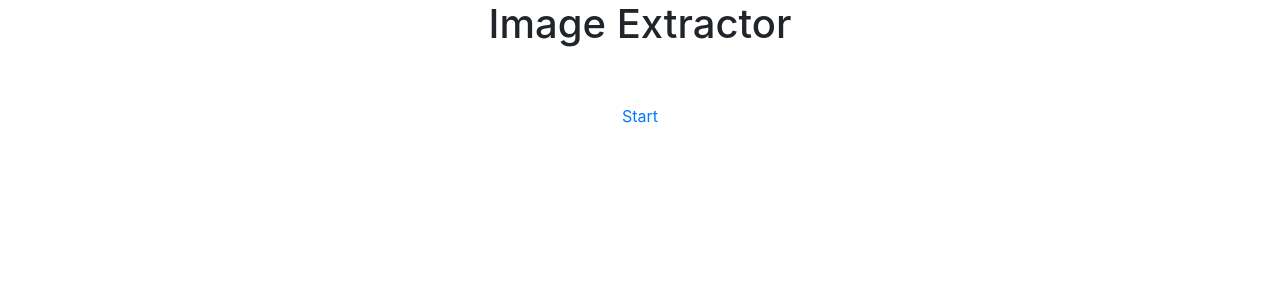
Repository: Rainam98/ImageExtractor
Page: http://localhost/demo/
An editor plug-in stored every save of this project. The page is shown before and after the next save, followed by the edit.
The browser window is 1280 px wide. The pictures show the whole page.
The page is served by Tomcat 9.

Above is the page before, as saved 2023-06-02 05:03:02.

After the next save:
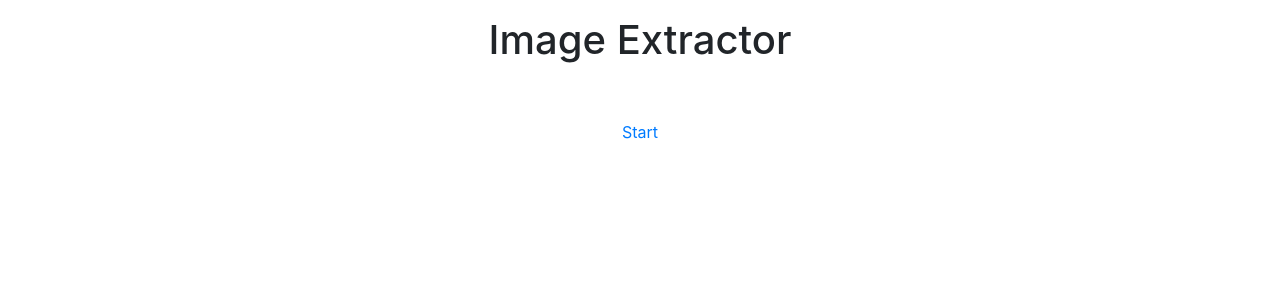
Saved 16 s later.
--- a/demo/src/main/webapp/index.jsp
+++ b/demo/src/main/webapp/index.jsp
@@ -9,7 +9,7 @@
 </head>
 <body>
 <div class="text-center">
-	<h1>Image Extractor</h1>
+	<h1 class="mt-3">Image Extractor</h1>
 	<br>
 	<br>
 	<a href="/start">Start</a>
